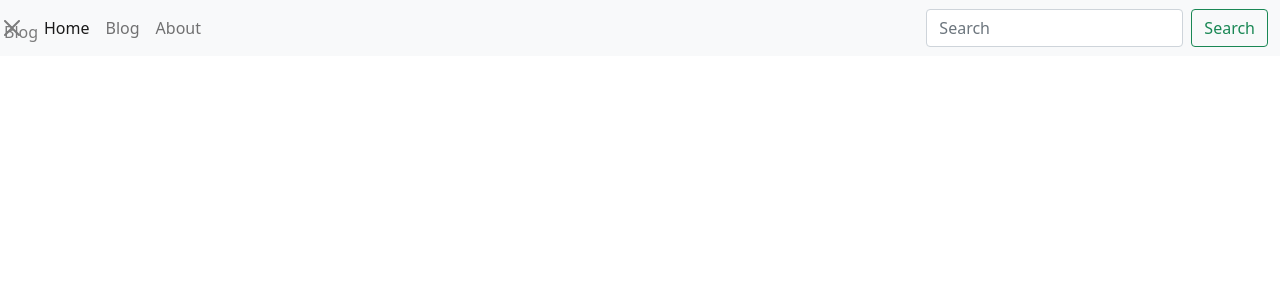
Repository: syni18/bootstrap_blog
Page: index.html
These files come from the project's save history. The page is drawn as it stood at one moment and after the next save; the edit follows.
The browser window is 1280 px wide. The pictures show the whole page.

Above is the page before, as saved 2023-10-25 20:59:16.

### index.html
<!DOCTYPE html>
<html lang="en">
  <head>
    <meta charset="UTF-8" />
    <meta name="viewport" content="width=device-width, initial-scale=1.0" />
    <link
      href="https://cdn.jsdelivr.net/npm/bootstrap@5.0.2/dist/css/bootstrap.min.css"
      rel="stylesheet"
      integrity="sha384-EVSTQN3/azprG1Anm3QDgpJLIm9Nao0Yz1ztcQTwFspd3yD65VohhpuuCOmLASjC"
      crossorigin="anonymous"
    />
    <script
      src="https://cdn.jsdelivr.net/npm/bootstrap@5.0.2/dist/js/bootstrap.bundle.min.js"
      integrity="sha384-MrcW6ZMFYlzcLA8Nl+NtUVF0sA7MsXsP1UyJoMp4YLEuNSfAP+JcXn/tWtIaxVXM"
      crossorigin="anonymous"
    ></script>
    <title>Blogging</title>
  </head>
  <body>
    <nav class="navbar navbar-expand-lg navbar-light bg-light">
      <button
  type="button"
  class="btn-close"
  data-bs-dismiss="offcanvas"
  aria-label="Close"
>Blog</button>


      <div
        class="offcanvas offcanvas-start "
        data-bs-scroll="true"
        data-bs-backdrop="false"
        tabindex="-1"
        id="offcanvasScrolling"
        aria-labelledby="offcanvasScrollingLabel"
      >
        <div class="offcanvas-header">
          <h5 class="offcanvas-title" id="offcanvasScrollingLabel">Blog</h5>
          <button
            type="button"
            class="btn-close"
            data-bs-dismiss="offcanvas"
            aria-label="Close"
          ></button>
        </div>
        <div class="offcanvas-body">
          <ul class="list-group list-group-flush">
            <li class="list-group-item">Current Affairs</li>
            <li class="list-group-item">Sports</li>
            <li class="list-group-item">Entertainment</li>
            <li class="list-group-item">Politics</li>
            <li class="list-group-item">Business</li>
            <li class="list-group-item">Technology</li>

          </ul>
        </div>
      </div>
      <div class="container-fluid">
        <!-- <a class="navbar-brand" href="#"> Blog </a>
        <button
          class="navbar-toggler"
          type="button"
          data-bs-toggle="collapse"
          data-bs-target="#navbarSupportedContent"
          aria-controls="navbarSupportedContent"
          aria-expanded="false"
          aria-label="Toggle navigation"
        >
          <span class="navbar-toggler-icon"></span>
        </button> -->
        <div class="collapse navbar-collapse" id="navbarSupportedContent">
          <ul class="navbar-nav me-auto mb-2 mb-lg-0">
            <li class="nav-item">
              <a class="nav-link active" aria-current="page" href="#"> Home </a>
            </li>
            <li class="nav-item">
              <a class="nav-link" href="#"> Blog </a>
            </li>
            <!-- <li class="nav-item dropdown">
              <a
                class="nav-link dropdown-toggle"
                href="#"
                id="navbarDropdown"
                role="button"
                data-bs-toggle="dropdown"
                aria-expanded="false"
              >
                Dropdown
              </a>
              <ul class="dropdown-menu" aria-labelledby="navbarDropdown">
                <li>
                  <a class="dropdown-item" href="#">
                    Action
                  </a>
                </li>
                <li>
                  <a class="dropdown-item" href="#">
                    Another action
                  </a>
                </li>
                <li>
                  <hr class="dropdown-divider" />
                </li>
                <li>
                  <a class="dropdown-item" href="#">
                    Something else here
                  </a>
                </li>
              </ul>
            </li> -->
            <li class="nav-item">
              <a class="nav-link" href="#"> About </a>
            </li>
          </ul>
          <form class="d-flex">
            <input
              class="form-control me-2"
              type="search"
              placeholder="Search"
              aria-label="Search"
            />
            <button class="btn btn-outline-success" type="submit">
              Search
            </button>
          </form>
        </div>
      </div>
    </nav>
  </body>
</html>

After the next save:
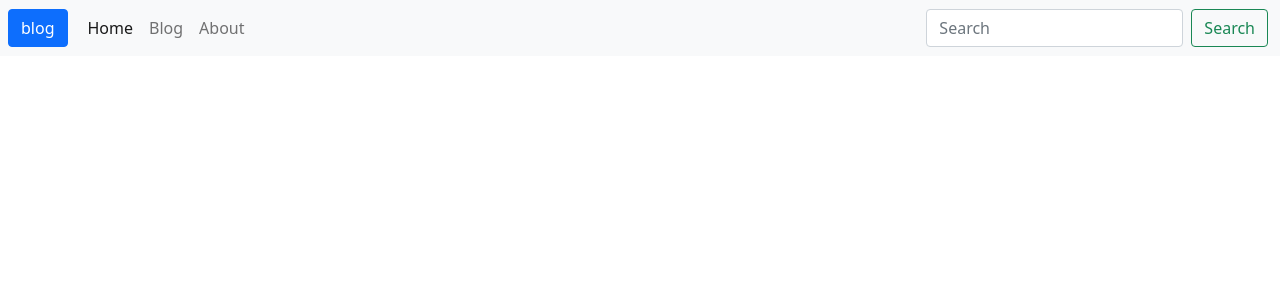
Saved 8 s later.
--- a/index.html
+++ b/index.html
@@ -19,12 +19,14 @@
   <body>
     <nav class="navbar navbar-expand-lg navbar-light bg-light">
       <button
-  type="button"
-  class="btn-close"
-  data-bs-dismiss="offcanvas"
-  aria-label="Close"
->Blog</button>
-
+        class="btn btn-primary ms-2"
+        type="button"
+        data-bs-toggle="offcanvas"
+        data-bs-target="#offcanvasScrolling"
+        aria-controls="offcanvasScrolling"
+      >
+        blog
+      </button>
 
       <div
         class="offcanvas offcanvas-start "
